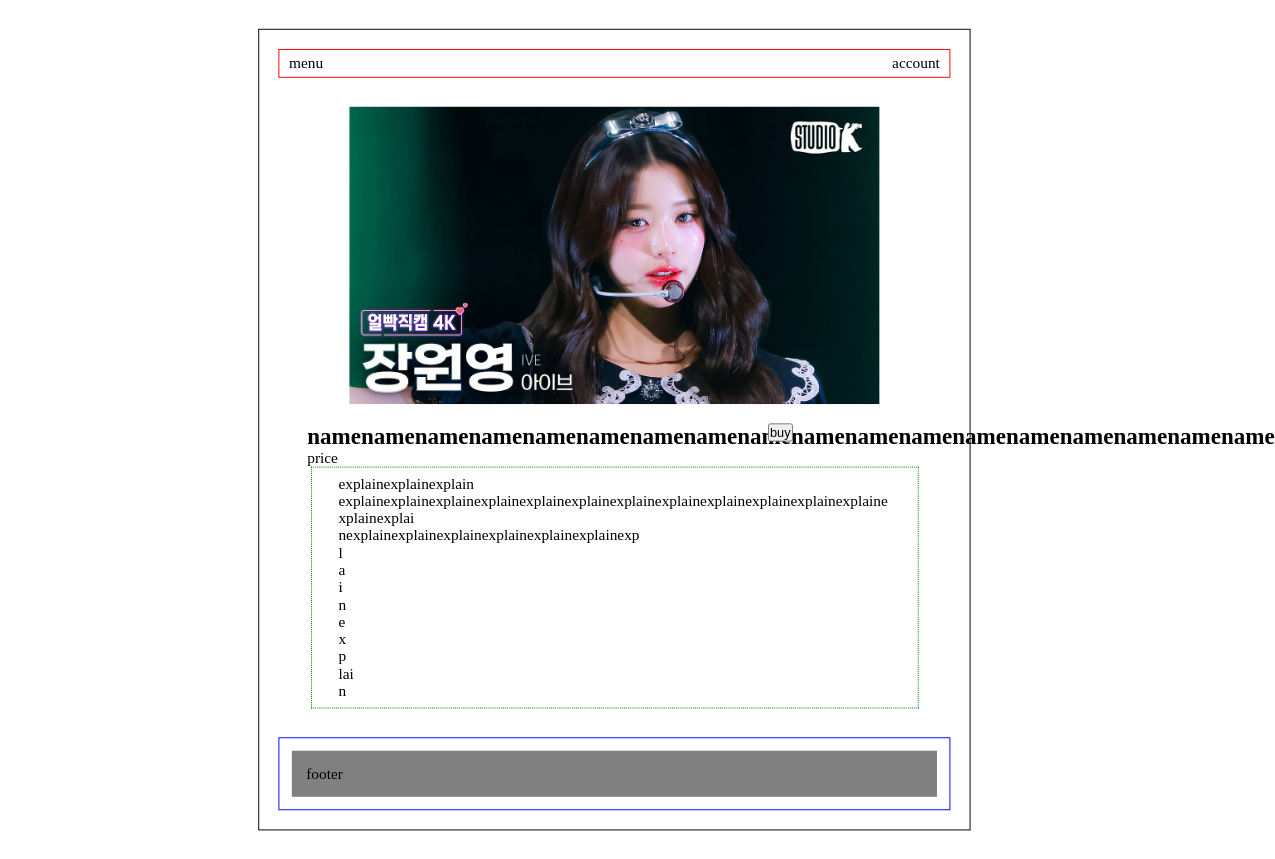
Repository: dongwoon1/cal
Page: http://localhost/calDWC/view.jsp
An editor plug-in stored every save of this project. The page is shown before and after the next save, followed by the edit.
The browser window is 1280 px wide. The page is 1328 px wide, then 1280 px, so the pictures cover 1328 px, including what lies to the right of the window. The pictures show the whole page, at 96% of full size.
The page is served by Tomcat 9.

Above is the page before, as saved 2025-03-20 02:19:30.

After the next save:
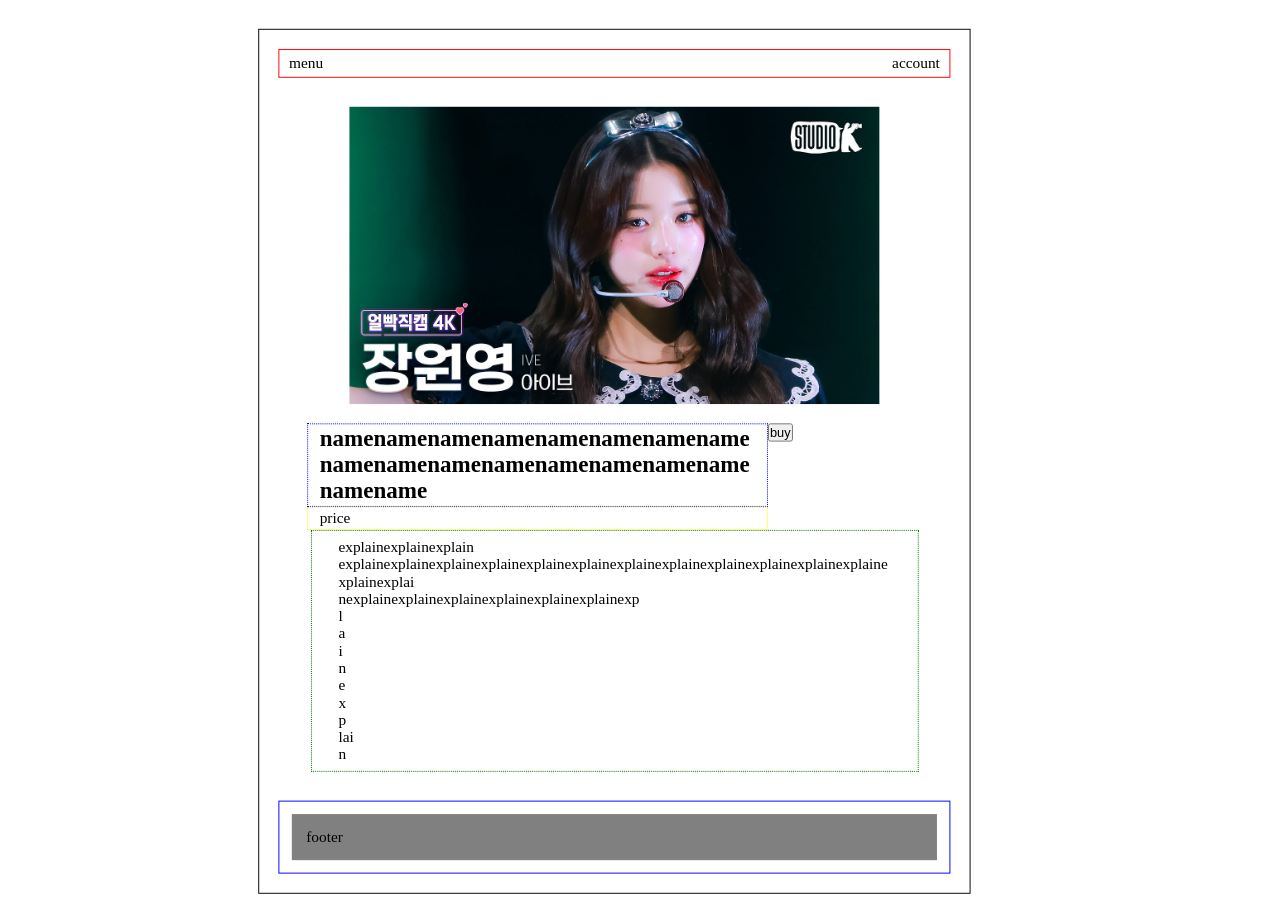
Saved 14 s later.
--- a/calProject/calDWC/src/main/webapp/view.jsp
+++ b/calProject/calDWC/src/main/webapp/view.jsp
@@ -37,8 +37,8 @@
 
 				<div class="content-box">
 					<div>
-						<div><h2>namenamenamenamenamenamenamenamenamenamenamenamenamenamenamenamenamename</h2></div>
-						<div>
+						<div id="name-box"><h2>namenamenamenamenamenamenamenamenamenamenamenamenamenamenamenamenamename</h2></div>
+						<div id="price-box">
 							<p>price</p>
 						</div>
 					</div>
